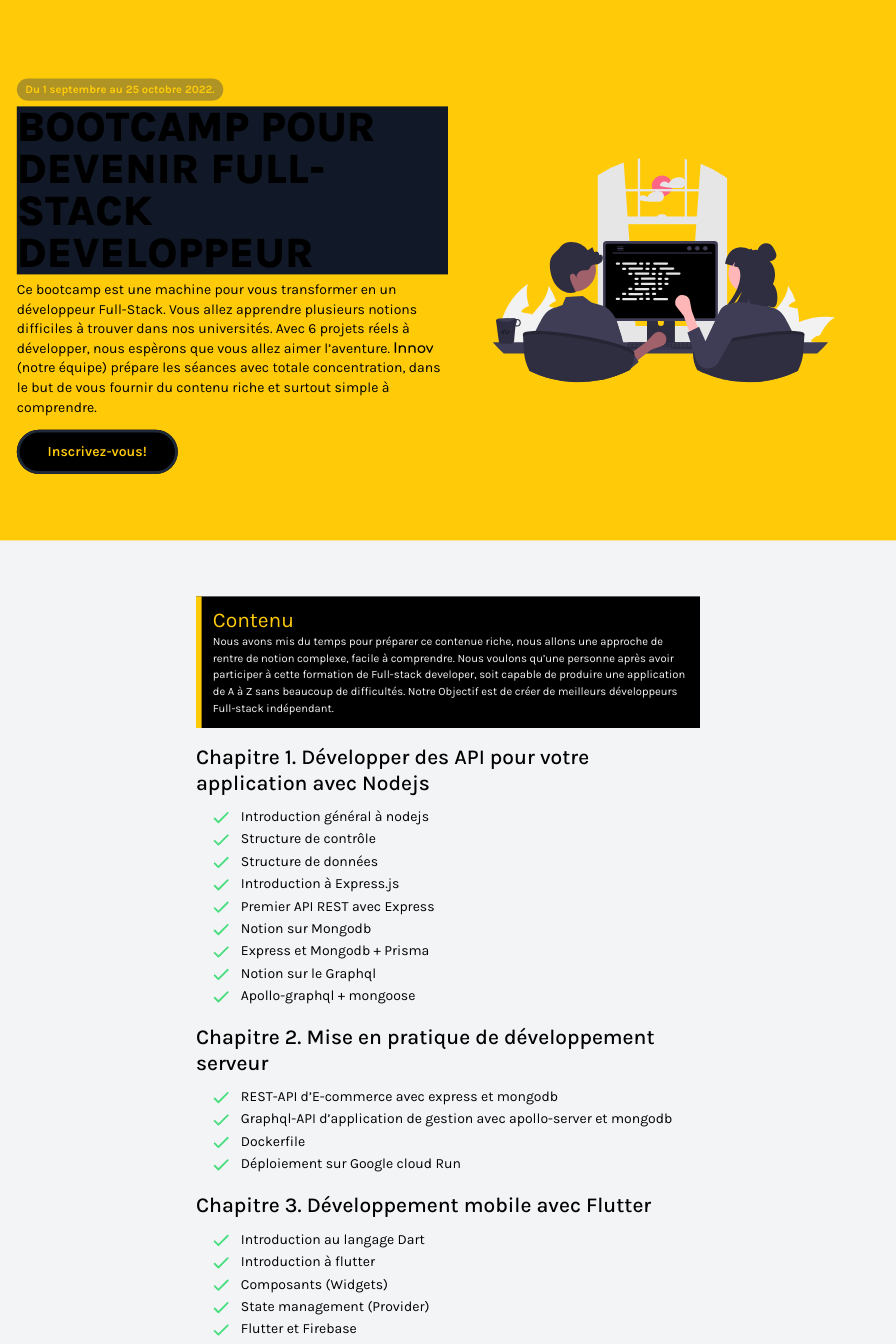
Repository: alfredlwanzo/course
Page: /
The author's editor kept a copy of each file at every save. The page is drawn from the files as they stood at one save, then again after the next save.
The browser window is 1280 px wide. The pictures show the part of the page from y = 0 to 1920 px (the page is 3650 px tall), at 70% of full size.
The project was rebuilt for these pictures with package versions that can differ from the ones it lists, and the page was loaded fresh each time. The framework's server and built-in components were replaced by stand-ins that run in the browser. Also part of the build but not shown: next.config.js.

Above is the page before, as saved 2022-08-09 12:51:36.

### pages/_app.tsx
import '../src/styles/globals.css'
import type { AppProps } from 'next/app'

function MyApp({ Component, pageProps }: AppProps) {
  return <Component {...pageProps} />
}

export default MyApp

### pages/_document.tsx
import NextDocument, { Html, Head, Main, NextScript } from "next/document";

type Props = {};

class MyDocument extends NextDocument<Props> {
  render() {
    return (
      <Html>
        <Head>
          <link rel="manifest" href="/manifest.json" />
          <link rel="apple-touch-icon" href="/icon.png"></link>
          <meta name="theme-color" content="#FFCB08" />
          <link rel="icon" href="/favicon.ico" />
        </Head>
        <body>
          <Main />
          <NextScript />
        </body>
      </Html>
    );
  }
}

export default MyDocument;

### pages/index.tsx
import Footer from '@src/components/Footers/Footer'
import ContentSection from '@src/components/sections/Content'
import HomeSection from '@src/components/sections/Home'
import PricingSection from '@src/components/sections/Pricing'
import type { NextPage } from 'next'
import Head from 'next/head'
import Image from 'next/image'


const Home: NextPage = () => {
  return (
    <div className="">
      <Head>
        <title>Innov | Bootcamp pour devenir fullStack developpeur</title>
        <meta name="description" content="Generated by create next app" />
        <link rel="icon" href="/favicon.ico" />
      </Head>

      <main className="">
       <section className="bg-primary pt-28 pb-14 md:pb-28">
        {/* section Home */}
        <HomeSection/>
       </section>

       {/* section content */}
       <section className="py-6 md:py-20">
        <ContentSection/>
       </section>
       {/* Section pricing */}
       <section>
        <PricingSection/>
       </section>
      </main>

      <Footer/>
    </div>
  )
}

export default Home

### src/styles/globals.css

/* Fonts: Comfortaa & Karla */
@import url('https://fonts.googleapis.com/css2?family=Comfortaa:wght@300;400;500;600;700&display=swap');
@import url('https://fonts.googleapis.com/css2?family=Karla:ital,wght@0,200;0,300;0,400;0,500;0,600;0,700;0,800;1,200;1,300;1,400;1,500;1,600;1,700;1,800&display=swap');

/* tailwind */
@tailwind base;
@tailwind components;
@tailwind utilities;


html,
body {
  padding: 0;
  margin: 0;
  @apply bg-gray-100;
  font-family: 'Karla', sans-serif;
}

a {
  color: inherit;
  text-decoration: none;
}

* {
  box-sizing: border-box;
}

### src/components/Footers/Footer.tsx
import React from 'react'
import Copyright from './Copyright'


const Footer = () => {
  return (
    <div className='bg-gray-900'>
        <Copyright/>
    </div>
  )
}

export default Footer

### src/components/sections/Content.tsx
import React from "react";
import { CheckIcon } from "@heroicons/react/outline";

const ContentSection = () => {
  return (
    <article className="max-w-3xl mx-auto px-3 sm:px-6">
      <blockquote className="bg-black border-l-8 border-l-primary text-gray-100 p-4">
        <h6 className="text-primary text-3xl">Contenu</h6>
        Nous avons mis du temps pour préparer ce contenue riche, nous allons une approche de rentre de notion complexe, facile à comprendre. Nous voulons qu’une personne après avoir participer à cette formation de Full-stack developer, soit capable de produire une application de A à Z sans beaucoup de difficultés. Notre Objectif est de créer de meilleurs développeurs Full-stack indépendant.
      </blockquote>
      {/* Chapter 1 */}
      <div className="mt-6">
        <h2 className="text-3xl font-medium">
          Chapitre 1. Développer des API pour votre application avec Nodejs
        </h2>
        <ul className="list-inside pl-5 mt-4">
          <li className="text-xl ">
            <CheckIcon className="inline-block h-8 w-8 mr-3 text-green-400" />
            Introduction général à nodejs
          </li>
          <li className="text-xl ">
            <CheckIcon className="inline-block h-8 w-8 mr-3 text-green-400" />
            Structure de contrôle
          </li>
          <li className="text-xl ">
            <CheckIcon className="inline-block h-8 w-8 mr-3 text-green-400" />
            Structure de données
          </li>
          <li className="text-xl ">
            <CheckIcon className="inline-block h-8 w-8 mr-3 text-green-400" />
            Introduction à Express.js
          </li>
          <li className="text-xl ">
            <CheckIcon className="inline-block h-8 w-8 mr-3 text-green-400" />
            Premier API REST avec Express
          </li>
          <li className="text-xl ">
            <CheckIcon className="inline-block h-8 w-8 mr-3 text-green-400" />
            Notion sur Mongodb
          </li>
          <li className="text-xl ">
            <CheckIcon className="inline-block h-8 w-8 mr-3 text-green-400" />
            Express et Mongodb + Prisma
          </li>
          <li className="text-xl ">
            <CheckIcon className="inline-block h-8 w-8 mr-3 text-green-400" />
            Notion sur le Graphql
          </li>
          <li className="text-xl ">
            <CheckIcon className="inline-block h-8 w-8 mr-3 text-green-400" />
            Apollo-graphql + mongoose
          </li>
        </ul>
      </div>
      {/* Chapitre 2 */}
      <div className="mt-6">
        <h2 className="text-3xl font-medium">
          Chapitre 2. Mise en pratique de développement serveur
        </h2>
        <ul className="list-inside pl-5 mt-4 ">
          <li className="text-xl ">
            <CheckIcon className="inline-block h-8 w-8 mr-3 text-green-400" />
            REST-API d’E-commerce avec express et mongodb
          </li>
          <li className="text-xl ">
            <CheckIcon className="inline-block h-8 w-8 mr-3 text-green-400" />
            Graphql-API d’application de gestion avec apollo-server et mongodb
          </li>
          <li className="text-xl ">
            <CheckIcon className="inline-block h-8 w-8 mr-3 text-green-400" />
            Dockerfile
          </li>
          <li className="text-xl ">
            <CheckIcon className="inline-block h-8 w-8 mr-3 text-green-400" />
            Déploiement sur Google cloud Run
          </li>
        </ul>
      </div>
      {/* Chapitre 3 */}
      <div className="mt-6">
        <h2 className="text-3xl font-medium">
          Chapitre 3. Développement mobile avec Flutter
        </h2>
        <ul className="list-inside pl-5 mt-4 ">
          <li className="text-xl ">
            <CheckIcon className="inline-block h-8 w-8 mr-3 text-green-400" />
            Introduction au langage Dart
          </li>
          <li className="text-xl ">
            <CheckIcon className="inline-block h-8 w-8 mr-3 text-green-400" />
            Introduction à flutter
          </li>
          <li className="text-xl ">
            <CheckIcon className="inline-block h-8 w-8 mr-3 text-green-400" />
            Composants (Widgets)
          </li>
          <li className="text-xl ">
            <CheckIcon className="inline-block h-8 w-8 mr-3 text-green-400" />
            State management (Provider)
          </li>
          <li className="text-xl ">
            <CheckIcon className="inline-block h-8 w-8 mr-3 text-green-400" />
            Flutter et Firebase
          </li>
          <li className="text-xl ">
            <CheckIcon className="inline-block h-8 w-8 mr-3 text-green-400" />
            Flutter et SQLite pour le stockage local
          </li>
          <li className="text-xl ">
            <CheckIcon className="inline-block h-8 w-8 mr-3 text-green-400" />
            Flutter pour le Media (Camera, Image, vidéo, audio)
          </li>
        </ul>
      </div>
       {/* Chapitre 4 */}
       <div className="mt-6">
        <h2 className="text-3xl font-medium">
          Chapitre 4. Mise en pratique complète, Section de clonage de projets existant
        </h2>
        <ul className="list-inside pl-5 mt-4 ">
          <li className="text-xl ">
            <CheckIcon className="inline-block h-8 w-8 mr-3 text-green-400" />
            Développement d’une application d’E-commerce avec REST-API
          </li>
          <li className="text-xl ">
            <CheckIcon className="inline-block h-8 w-8 mr-3 text-green-400" />
            Développement d’une application de Twitter avec Google Firebase
          </li>
          <li className="text-xl ">
            <CheckIcon className="inline-block h-8 w-8 mr-3 text-green-400" />
            Développement d’une librairie client pour graphql
          </li>
          <li className="text-xl ">
            <CheckIcon className="inline-block h-8 w-8 mr-3 text-green-400" />
            Développement d’une application de Gestion commerciale avec Graphql avec AWS AppSync
          </li>
          <li className="text-xl ">
            <CheckIcon className="inline-block h-8 w-8 mr-3 text-green-400" />
            Déploiement sur playstore
          </li>
        </ul>
      </div>
      <blockquote className="border-l-4 border-l-green-400 p-6 mt-6 bg-gray-200 text-xl text-gray-700">
        En participant vous aurez <span className="font-bold">accès à une vidéo chaque jour</span> pour rappeler les notions apprise pendant le live
      </blockquote>
    </article>
  );
};

export default ContentSection;

### src/components/sections/Home.tsx
import React from "react";
import SubscribeButton from "../buttons/SubscribeButton";
import PairProgramming from "../icons/PairProgramming";

const HomeSection = () => {
  return (
    <div className="max-w-7xl mx-auto px-3 sm:px-6">
      <div className="grid md:grid-cols-2 gap-10 lg:gap-0">
        <div>
          <div className="bg-gray-700 bg-opacity-40 w-max py-1 px-3 rounded-full">
            <h6 className="font-bold text-primary">
              Du 1 septembre au 25 octobre 2022.
            </h6>
          </div>
          <h1 className="text-5xl md:text-6xl bg-gray-900 font-extrabold uppercase mt-2">
            Bootcamp pour devenir full-stack developpeur
          </h1>
          <p className="text-xl mt-2">
            Ce bootcamp est une machine pour vous transformer en un développeur
            Full-Stack. Vous allez apprendre plusieurs notions difficiles à
            trouver dans nos universités. Avec 6 projets réels à développer,
            nous espèrons que vous allez aimer l’aventure.{" "}
            <span className="font-comfortaa font-bold">Innov</span> (notre
            équipe) prépare les séances avec totale concentration, dans le but
            de vous fournir du contenu riche et surtout simple à comprendre.
          </p>
          <div className="hidden md:block mt-9">
            <SubscribeButton />
          </div>
        </div>
        <div className="flex flex-col items-center justify-center">
          <PairProgramming className="w-auto h-52 md:h-80 -bottom-10" />
          <div className="block md:hidden mt-12">
            <SubscribeButton />
          </div>
        </div>
      </div>
    </div>
  );
};

export default HomeSection;

### src/components/sections/Pricing.tsx
import { CheckIcon } from '@heroicons/react/outline'

const tiers = [
  {
    name: 'En ligne',
    href: '#',
    price: 75,
    description: "La formation se passe en ligne en live.  2 heures par jour",
    features: [
      'Pariatur quod similique',
      'Sapiente libero doloribus modi nostrum',
      'Vel ipsa esse repudiandae excepturi',
      'Itaque cupiditate adipisci quibusdam',
    ],
  },
  {
    name: 'En presentielle',
    href: '#',
    price: 100,
    description: 'Nous ne recevrons que 5 personnes au sein de nos locaux',
    features: [
      'Pariatur quod similique',
      'Sapiente libero doloribus modi nostrum',
      'Vel ipsa esse repudiandae excepturi',
      'Itaque cupiditate adipisci quibusdam',
    ],
  },
]

export default function PricingSection() {
  return (
    <div className="bg-gray-900">
      <div className="pt-12 sm:pt-16 lg:pt-24">
        <div className="max-w-7xl mx-auto text-center px-4 sm:px-6 lg:px-8">
          <div className="max-w-3xl mx-auto space-y-2 lg:max-w-none">
            <h2 className="text-lg leading-6 font-semibold text-gray-300 uppercase tracking-wider">Pricing</h2>
            <p className="text-3xl font-extrabold text-white sm:text-4xl lg:text-5xl">
              The right price for you, whoever you are
            </p>
            <p className="text-xl text-gray-300">
              Lorem ipsum dolor, sit amet consectetur adipisicing elit. Harum sequi unde repudiandae natus.
            </p>
          </div>
        </div>
      </div>
      <div className="mt-8 pb-12 bg-gray-50 sm:mt-12 sm:pb-16 lg:mt-16 lg:pb-24">
        <div className="relative">
          <div className="absolute inset-0 h-3/4 bg-gray-900" />
          <div className="relative z-10 max-w-4xl mx-auto px-4 sm:px-6 lg:px-8">
            <div className="max-w-md mx-auto space-y-4 lg:max-w-5xl lg:grid lg:grid-cols-2 lg:gap-5 lg:space-y-0">
              {tiers.map((tier) => (
                <div key={tier.name} className="flex flex-col rounded-lg shadow-lg overflow-hidden">
                  <div className="px-6 py-8 bg-white sm:p-10 sm:pb-6">
                    <div>
                      <h3
                        className="inline-flex px-4 py-1 rounded-full text-sm font-semibold tracking-wide uppercase bg-gray-50 text-primary"
                        id="tier-standard"
                      >
                        {tier.name}
                      </h3>
                    </div>
                    <div className="mt-4 flex items-baseline text-6xl font-extrabold">
                      ${tier.price}
                    </div>
                    <p className="mt-5 text-lg text-gray-500">{tier.description}</p>
                  </div>
                  <div className="flex-1 flex flex-col justify-between px-6 pt-6 pb-8 bg-gray-50 space-y-6 sm:p-10 sm:pt-6">
                    <ul role="list" className="space-y-4">
                      {tier.features.map((feature) => (
                        <li key={feature} className="flex items-start">
                          <div className="flex-shrink-0">
                            <CheckIcon className="h-6 w-6 text-green-500" aria-hidden="true" />
                          </div>
                          <p className="ml-3 text-base text-gray-700">{feature}</p>
                        </li>
                      ))}
                    </ul>
                    <div className="rounded-md shadow">
                      <a
                        href={tier.href}
                        className="flex items-center justify-center px-5 py-3 border border-transparent text-base font-medium rounded-md text-white bg-gray-800 hover:bg-gray-900"
                        aria-describedby="tier-standard"
                      >
                        Get started
                      </a>
                    </div>
                  </div>
                </div>
              ))}
            </div>
          </div>
        </div>
        <div className="mt-4 relative max-w-7xl mx-auto px-4 sm:px-6 lg:px-8 lg:mt-5">
          <div className="max-w-md mx-auto lg:max-w-5xl">
            <div className="rounded-lg bg-gray-100 px-6 py-8 sm:p-10 lg:flex lg:items-center">
              <div className="flex-1">
                <div>
                  <h3 className="inline-flex px-4 py-1 rounded-full text-sm font-semibold tracking-wide uppercase bg-white text-gray-800">
                    Discounted
                  </h3>
                </div>
                <div className="mt-4 text-lg text-gray-600">
                  Get full access to all of standard license features for solo projects that make less than $20k gross
                  revenue for <span className="font-semibold text-gray-900">$29</span>.
                </div>
              </div>
              <div className="mt-6 rounded-md shadow lg:mt-0 lg:ml-10 lg:flex-shrink-0">
                <a
                  href="#"
                  className="flex items-center justify-center px-5 py-3 border border-transparent text-base font-medium rounded-md text-gray-900 bg-white hover:bg-gray-50"
                >
                  Buy Discounted License
                </a>
              </div>
            </div>
          </div>
        </div>
      </div>
    </div>
  )
}

### src/components/Footers/Copyright.tsx
import React from 'react'

const Copyright = () => {
  return (
    <div className='max-w-7xl mx-auto px-3 sm:px-6" py-3 text-gray-200 '>
        <p className='text-xs'>© 2022 InnovToast. Tous droits réservés.</p>
    </div>
  )
}

export default Copyright

### src/components/buttons/SubscribeButton.tsx
import React from "react";

const SubscribeButton = () => {
  return (
    <a
      href="https://wa.me/+243978154329"
      target="_blank"
      rel="noreferrer"
      className="bg-black text-primary py-4 px-10 text-xl font-semibold rounded-full border-4 border-gray-800 hover:bg-opacity-95 hover:border-gray-900"
    >
      Inscrivez-vous!
    </a>
  );
};

export default SubscribeButton;

Loaded but not shown: tailwind.config.js (18 lines, source omitted); src/components/icons/PairProgramming.tsx (865 lines, source omitted)

After the next save:
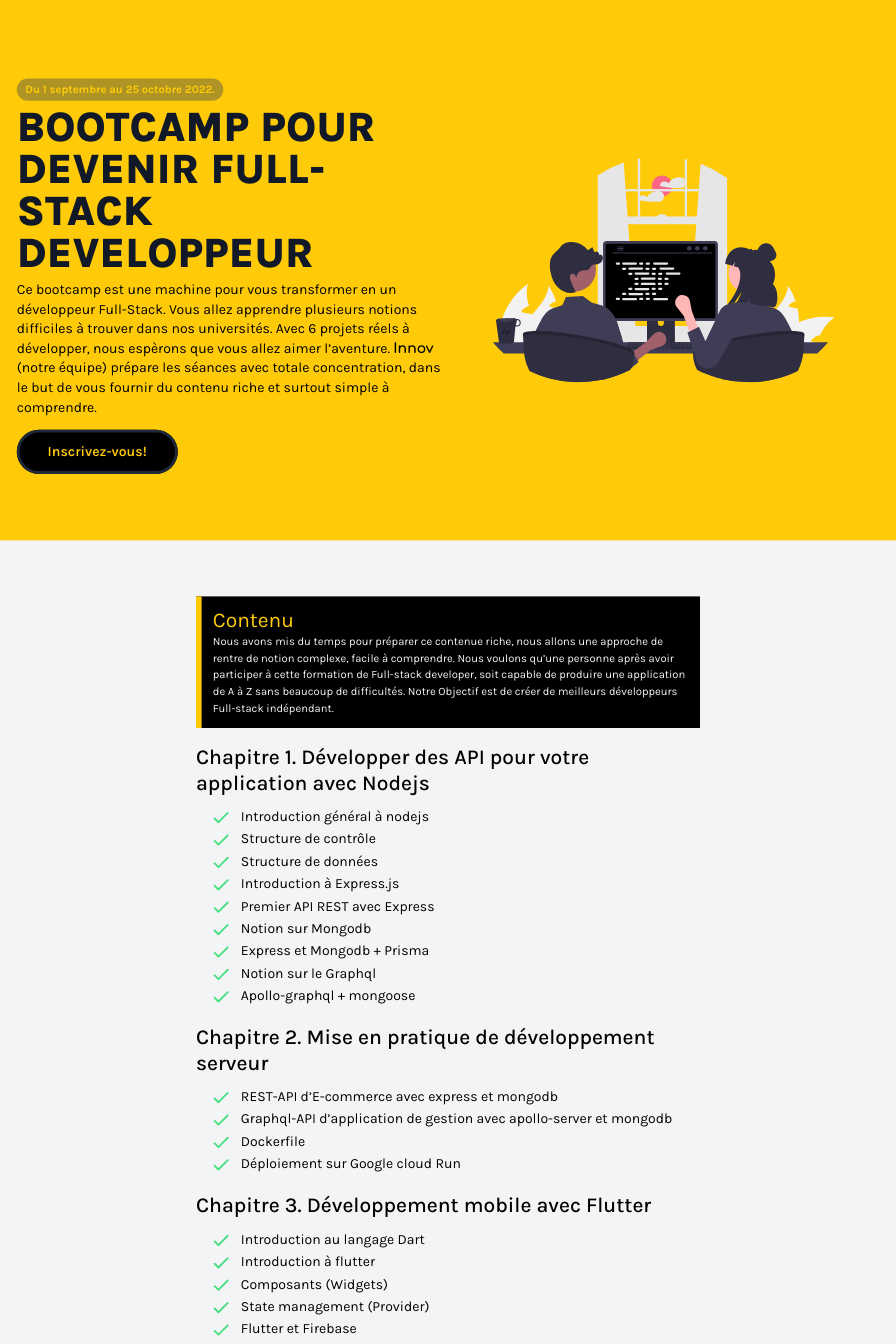
Saved 19 s later.
--- a/src/components/sections/Home.tsx
+++ b/src/components/sections/Home.tsx
@@ -12,7 +12,7 @@
               Du 1 septembre au 25 octobre 2022.
             </h6>
           </div>
-          <h1 className="text-5xl md:text-6xl bg-gray-900 font-extrabold uppercase mt-2">
+          <h1 className="text-5xl md:text-6xl text-gray-900 font-extrabold uppercase mt-2">
             Bootcamp pour devenir full-stack developpeur
           </h1>
           <p className="text-xl mt-2">
